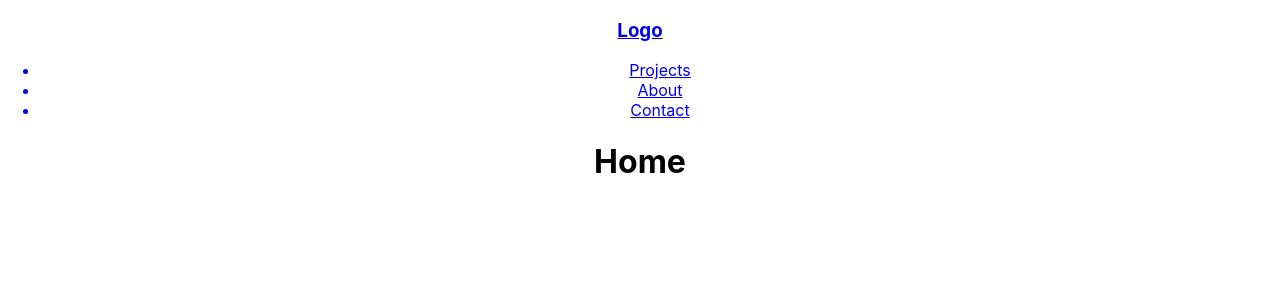
Repository: gszabi/portfolio-old
Page: /
An editor plug-in stored every save of this project. The page is shown before and after the next save, followed by the edit.
The browser window is 1280 px wide. The pictures show the whole page.
The project was rebuilt for these pictures with package versions that can differ from the ones it lists, and the page was loaded fresh each time. Also part of the build but not shown: src/pages/About.tsx, src/pages/Contact.tsx, src/pages/Projects.tsx.

Above is the page before, as saved 2021-07-02 19:38:14.

After the next save:
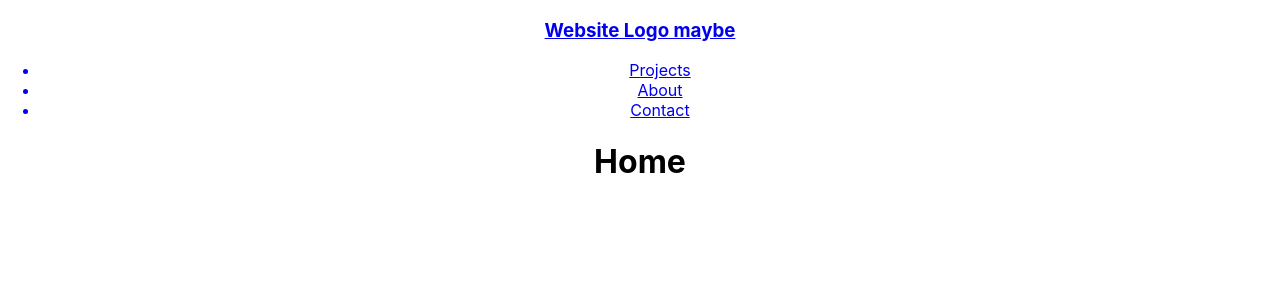
Saved 14 s later.
--- a/src/components/Navbar.tsx
+++ b/src/components/Navbar.tsx
@@ -5,8 +5,8 @@ import { Link, BrowserRouter as Router } from "react-router-dom";
 function Navbar() {
   return (
     <div>
-      <Link to="/about">
-        <h3>Logo</h3>
+      <Link to="/">
+        <h3>Website Logo maybe</h3>
       </Link>
       <ul>
         <Link to="/projects">
